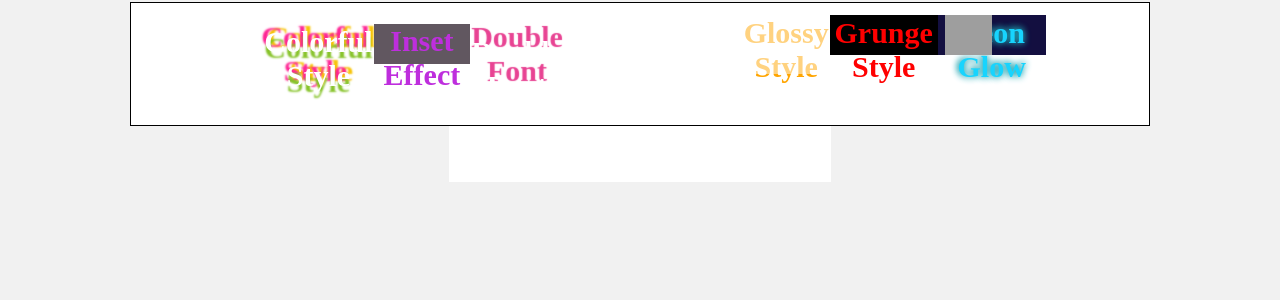
Repository: watermelonfee/HTCNWEB
Page: CSS/Tuan03/Bai2/Bai2b.html
An editor plug-in stored every save of this project. The page is shown before and after the next save, followed by the edit.
The browser window is 1280 px wide. The pictures show the whole page.
Pictures or frames that could not be fetched are drawn as grey boxes.

Above is the page before, as saved 2023-03-13 23:11:34.

After the next save:
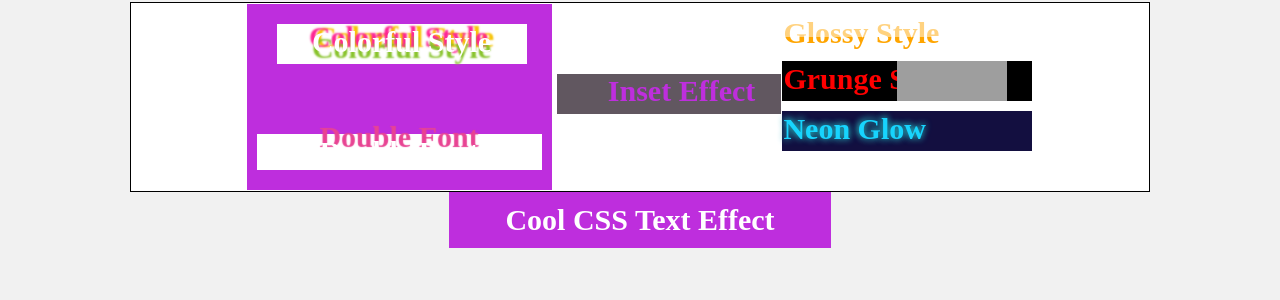
Saved 30 s later.
--- a/CSS/Tuan03/Bai2/bai2b.css
+++ b/CSS/Tuan03/Bai2/bai2b.css
@@ -23,23 +23,12 @@ div {
 
 #content2 {
     width: 30%;
+    background-color: #be2edd;
     text-align: center;
     font-size: 30px;
     padding: 10px;
     font-weight: 700;
     color: white;
-    display: flex;
-    justify-content: space-between;
-}
-
-#content3 {
-    top: 50px;
-    bottom: 10px;
-    width: 30%;
-    text-align: center;
-    color: white;
-    display: flex;
-    justify-content: space-between;
 }
 
 #divID1 {
@@ -59,8 +48,8 @@ div {
     margin-top: 10px;
     margin-bottom: 10px;
     height: 40px;
-    width: 200px;
-    align-items: center;
+    width: 250px;
+    margin-left: 300px;
 }
 
 #divID3 {
